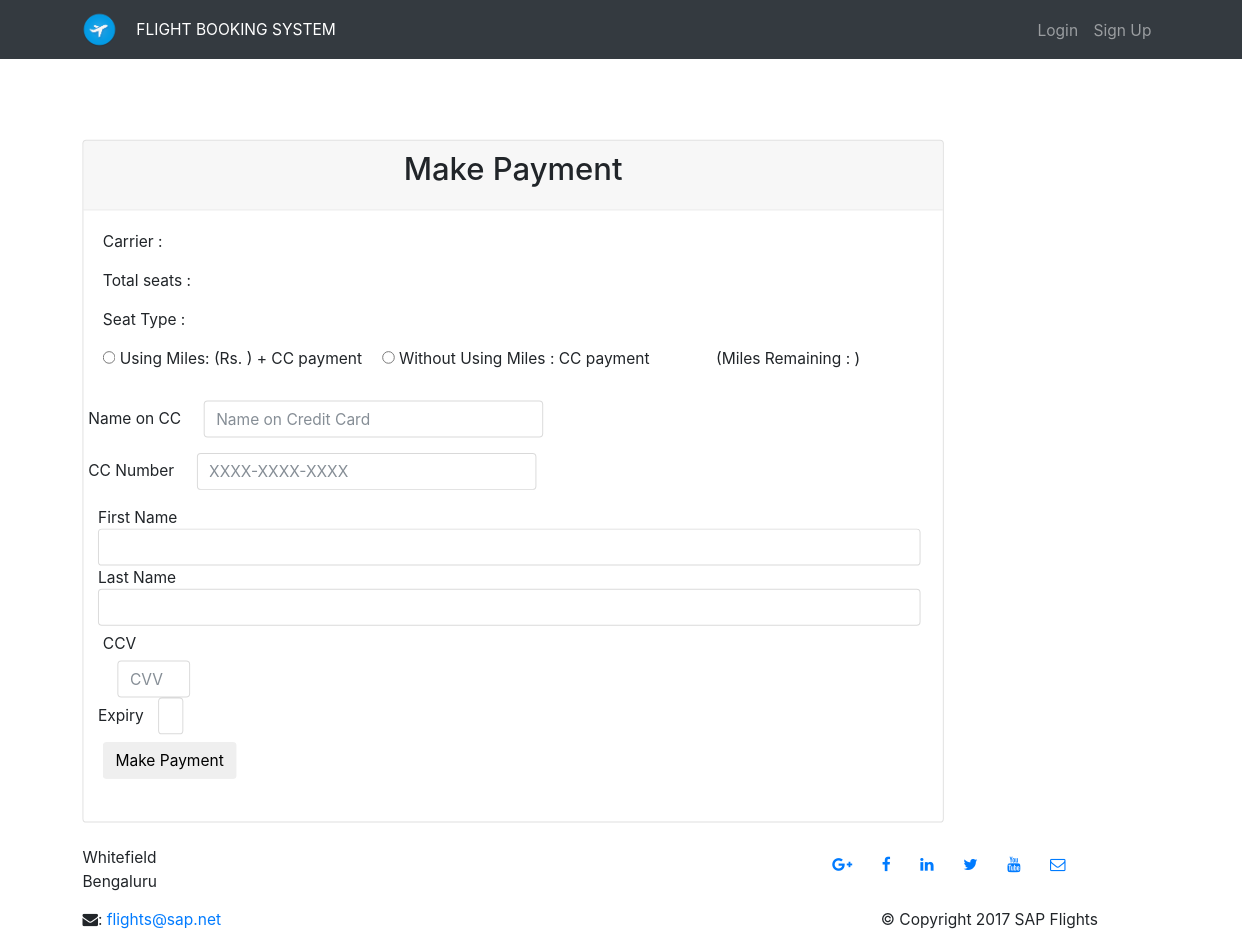
Repository: yashtatia/Spring-Practice
Page: http://localhost/FitnessTracker/WEB-INF/jsp/makePayment.jsp
The author's editor kept a copy of each file at every save. The page is drawn from the files as they stood at one save, then again after the next save.
The browser window is 1280 px wide. The pictures show the whole page, at 97% of full size.
Some web libraries are served in a nearby version. The page is served by Tomcat 9. Nobody is signed in. The template is opened directly, without the code that normally fills it, so the values that code supplies are empty.

Above is the page before, as saved 2017-09-06 07:23:27.
Console error: SyntaxError: Unexpected token ';'

After the next save:
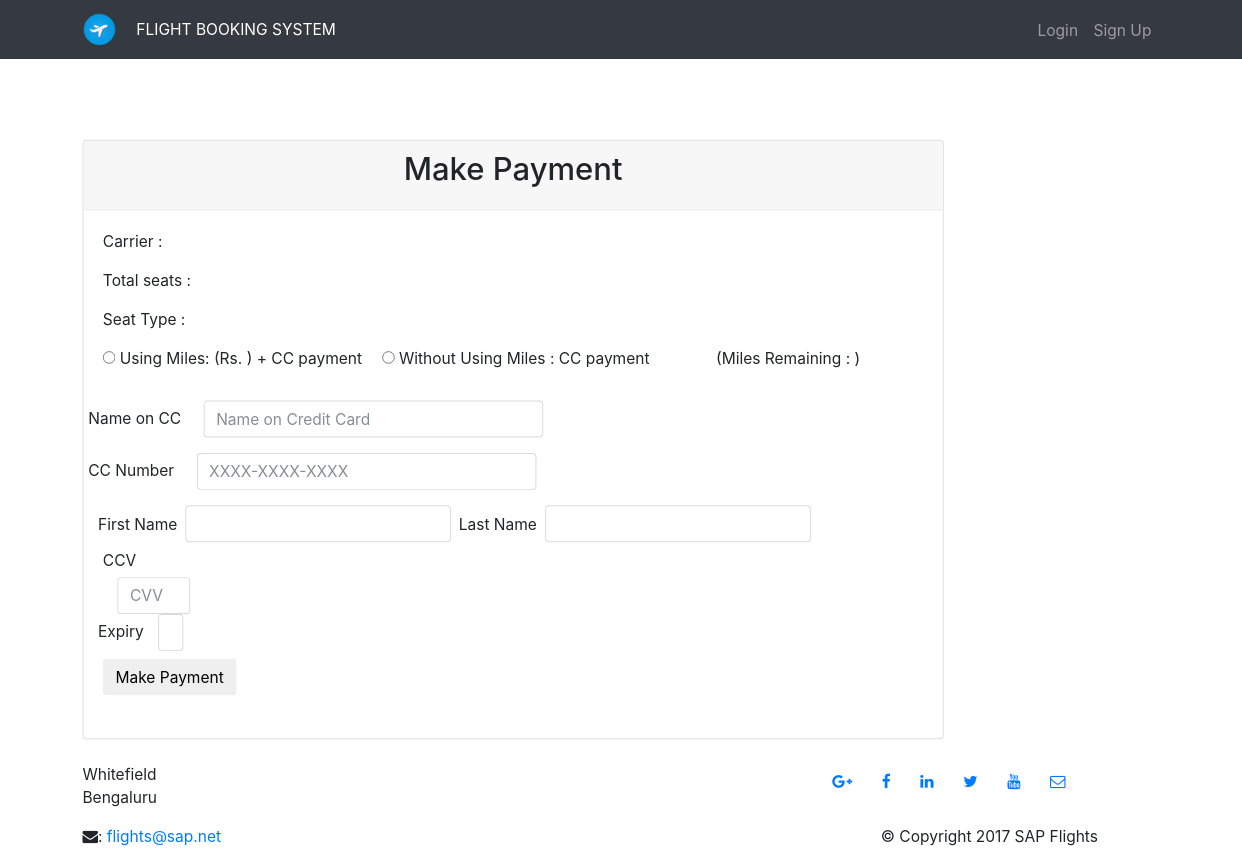
Saved 28 s later.
--- a/FitnessTracker/src/main/webapp/WEB-INF/jsp/makePayment.jsp
+++ b/FitnessTracker/src/main/webapp/WEB-INF/jsp/makePayment.jsp
@@ -52,10 +52,10 @@
 							    </div>
 							</div>
 							<div class="form-row">
-							<label class="mr-sm-2 mb-0" for="first_name">First Name</label>
+									<div class="form-inline"><label class="mr-sm-2 mb-0" for="first_name">First Name</label>
 <input type="text" class="form-control mr-sm-2 mb-2 mb-sm-0" id="first_name" name="first_name">
 <label class="mr-sm-2 mb-0" for="last_name">Last Name</label>
-<input type="text" class="form-control mr-sm-2 mb-2 mb-sm-0" id="last_name" name="last_name">
+<input type="text" class="form-control mr-sm-2 mb-2 mb-sm-0" id="last_name" name="last_name"></div>
 
 									<div class="col-6 col-md-offset-2">
 
